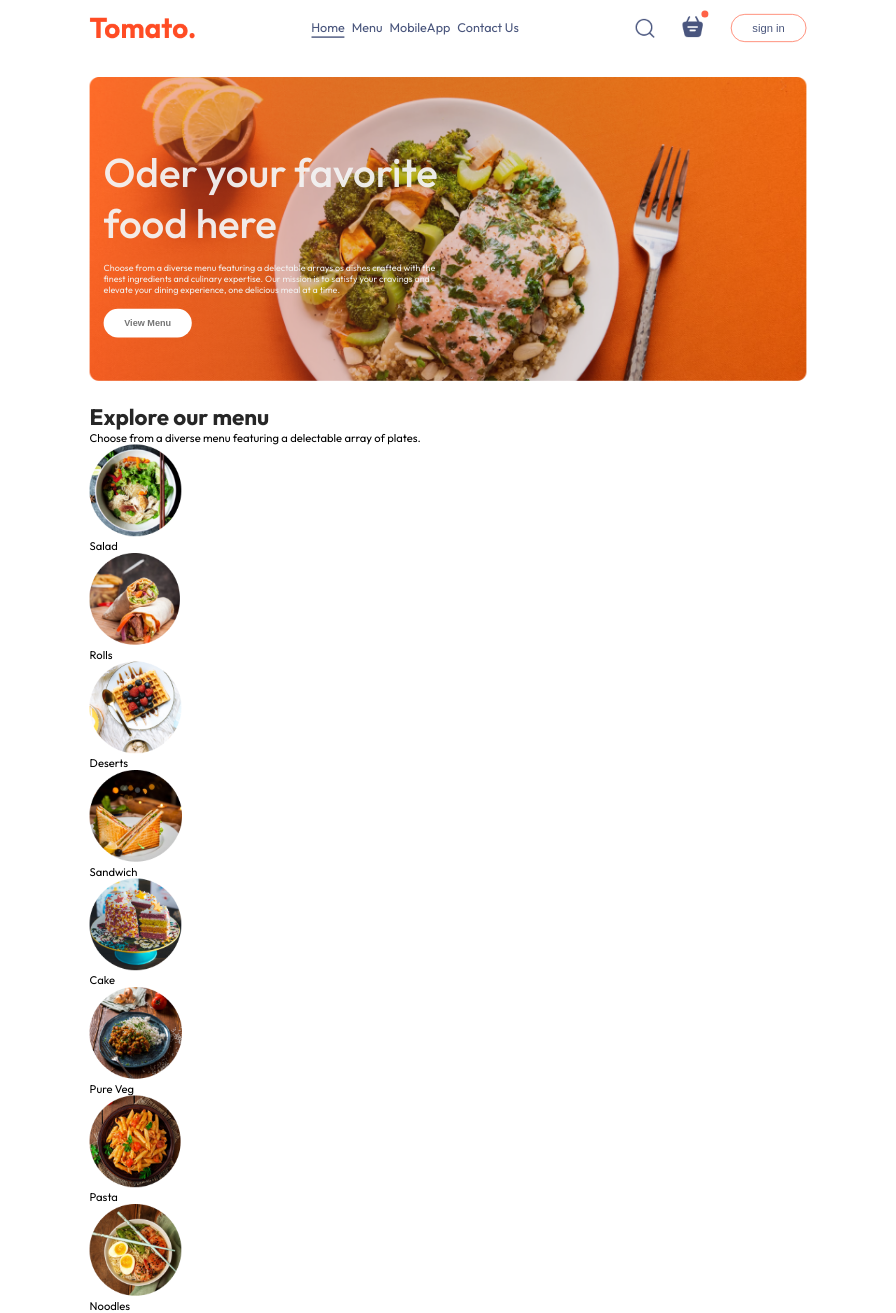
Repository: guilhermecardoso93/tomato-front-end
Page: /, after clicking the first element matching `button`
These files come from the project's save history. The page is drawn as it stood at one moment and after the next save; the edit follows.
The browser window is 1280 px wide. The pictures show the whole page, at 70% of full size.
The project was rebuilt for these pictures with package versions that can differ from the ones it lists, and the page was loaded fresh each time. Also part of the build but not shown: vite.config.js, src/pages/Cart/styles.css, src/pages/Cart/index.jsx, src/pages/PlaceOrder/styles.css, src/pages/PlaceOrder/index.jsx.

Above is the page before, as saved 2024-10-29 20:51:21.

### index.html
<!doctype html>
<html lang="en">

<head>
    <meta charset="UTF-8" />
    <link rel="icon" type="image/svg+xml" href="" />
    <link rel="preconnect" href="https://fonts.googleapis.com">
    <link rel="preconnect" href="https://fonts.gstatic.com" crossorigin>
    <link href="https://fonts.googleapis.com/css2?family=Inter:ital,opsz,wght@0,14..32,100..900;1,14..32,100..900&family=Outfit:wght@100..900&display=swap" rel="stylesheet">
    <meta name="viewport" content="width=device-width, initial-scale=1.0" />
    <title>Tomato</title>
</head>

<body>
    <div id="root"></div>
    <script type="module" src="/src/main.jsx"></script>
</body>

</html>

### src/main.jsx
import { StrictMode } from "react";
import { createRoot } from "react-dom/client";
import "./index.css";
import { App } from "./App.jsx";
import { BrowserRouter } from "react-router-dom";

createRoot(document.getElementById("root")).render(
  <BrowserRouter>
    <App />
  </BrowserRouter>
);

### src/index.css
* {
  padding: 0;
  margin: 0;
  box-sizing: border-box;
}

body {
  min-height: 100vh;
  font-family: "Outfit", sans-serif;
}

a {
  text-decoration: none;
  color: inherit;
}

.app {
  width: 80%;
  margin: auto;
}

@keyframes fadeIn {
  0% {
    opacity: 0;
  }

  100% {
    opacity: 1;
  }
}

### src/App.jsx
import { Routes, Route } from "react-router-dom";
import { Navbar } from "./components/Navbar";

import { Home } from "./pages/Home";
import { Cart } from "./pages/Cart";
import { PlaceOrder } from "./pages/PlaceOrder";

export function App() {
  return (
    <div className="app">
      <Navbar />
      <Routes>
        <Route path="/" element={<Home />} />
        <Route path="/cart" element={<Cart />} />
        <Route path="/order" element={<PlaceOrder />} />
      </Routes>
    </div>
  );
}

### src/components/Navbar/index.jsx
import { useState } from "react";
import { assets } from "../../assets/assets";
import "./styles.css";

export const Navbar = () => {
  const [menu, setMenu] = useState("Home");

  return (
    <div className="navbar">
      <img src={assets.logo} alt="Logo" className="logo" />
      <ul className="navbar-menu">
        <li
          onClick={() => setMenu("Home")}
          className={menu === "Home" ? "active" : ""}
        >
          Home
        </li>
        <li
          onClick={() => setMenu("Menu")}
          className={menu === "Menu" ? "active" : ""}
        >
          Menu
        </li>
        <li
          onClick={() => setMenu("MobileApp")}
          className={menu === "MobileApp" ? "active" : ""}
        >
          MobileApp
        </li>
        <li
          onClick={() => setMenu("Contact Us")}
          className={menu === "Contact Us" ? "active" : ""}
        >
          Contact Us
        </li>
      </ul>
      <div className="navbar-right">
        <img src={assets.search_icon} alt="" />
        <div className="navbar-search-icon">
          <img src={assets.basket_icon} alt="" />
          <div className="dot"></div>
        </div>
        <button>sign in</button>
      </div>
    </div>
  );
};

### src/pages/Home/index.jsx
import { ExplorerMenu } from "../../components/ExplorerMenu";
import { Header } from "../../components/Header";
import "./styles.css";

export const Home = () => {
  return (
    <div>
      <Header />
      <ExplorerMenu />
    </div>
  );
};

### src/assets/assets.js
import basket_icon from './icons/basket_icon.png'
import logo from './logo.png'
import header_img from './header_img.png'
import search_icon from './icons/search_icon.png'
import menu_1 from './menu/menu_1.png'
import menu_2 from './menu/menu_2.png'
import menu_3 from './menu/menu_3.png'
import menu_4 from './menu/menu_4.png'
import menu_5 from './menu/menu_5.png'
import menu_6 from './menu/menu_6.png'
import menu_7 from './menu/menu_7.png'
import menu_8 from './menu/menu_8.png'

import food_1 from './food/food_1.png'
import food_2 from './food/food_2.png'
import food_3 from './food/food_3.png'
import food_4 from './food/food_4.png'
import food_5 from './food/food_5.png'
import food_6 from './food/food_6.png'
import food_7 from './food/food_7.png'
import food_8 from './food/food_8.png'
import food_9 from './food/food_9.png'
import food_10 from './food/food_10.png'
import food_11 from './food/food_11.png'
import food_12 from './food/food_12.png'
import food_13 from './food/food_13.png'
import food_14 from './food/food_14.png'
import food_15 from './food/food_15.png'
import food_16 from './food/food_16.png'
import food_17 from './food/food_17.png'
import food_18 from './food/food_18.png'
import food_19 from './food/food_19.png'
import food_20 from './food/food_20.png'
import food_21 from './food/food_21.png'
import food_22 from './food/food_22.png'
import food_23 from './food/food_23.png'
import food_24 from './food/food_24.png'
import food_25 from './food/food_25.png'
import food_26 from './food/food_26.png'
import food_27 from './food/food_27.png'
import food_28 from './food/food_28.png'
import food_29 from './food/food_29.png'
import food_30 from './food/food_30.png'
import food_31 from './food/food_31.png'
import food_32 from './food/food_32.png'

import add_icon_white from './icons/add_icon_white.png'
import add_icon_green from './icons/add_icon_green.png'
import remove_icon_red from './icons/remove_icon_red.png'
import app_store from './icons/app_store.png'
import play_store from './icons/play_store.png'
import linkedin_icon from './icons/linkedin_icon.png'
import facebook_icon from './icons/facebook_icon.png'
import twitter_icon from './icons/twitter_icon.png'
import cross_icon from './icons/cross_icon.png'
import selector_icon from './icons/selector_icon.png'
import rating_starts from './icons/rating_starts.png'
import profile_icon from './icons/profile_icon.png'
import bag_icon from './icons/bag_icon.png'
import logout_icon from './icons/logout_icon.png'
import parcel_icon from './icons/parcel_icon.png'

export const assets = {
    logo,
    basket_icon,
    header_img,
    search_icon,
    rating_starts,
    add_icon_green,
    add_icon_white,
    remove_icon_red,
    app_store,
    play_store,
    linkedin_icon,
    facebook_icon,
    twitter_icon,
    cross_icon,
    selector_icon,
    profile_icon,
    logout_icon,
    bag_icon,
    parcel_icon
}

export const menu_list = [
    {
        menu_name: "Salad",
        menu_image: menu_1
    },
    {
        menu_name: "Rolls",
        menu_image: menu_2
    },
    {
        menu_name: "Deserts",
        menu_image: menu_3
    },
    {
        menu_name: "Sandwich",
        menu_image: menu_4
    },
    {
        menu_name: "Cake",
        menu_image: menu_5
    },
    {
        menu_name: "Pure Veg",
        menu_image: menu_6
    },
    {
        menu_name: "Pasta",
        menu_image: menu_7
    },
    {
        menu_name: "Noodles",
        menu_image: menu_8
    }]

export const food_list = [
    {
        _id: "1",
        name: "Greek salad",
        image: food_1,
        price: 12,
        description: "Food provides essential nutrients for overall health and well-being",
        category: "Salad"
    },
    {
        _id: "2",
        name: "Veg salad",
        image: food_2,
        price: 18,
        description: "Food provides essential nutrients for overall health and well-being",
        category: "Salad"
    }, {
        _id: "3",
        name: "Clover Salad",
        image: food_3,
        price: 16,
        description: "Food provides essential nutrients for overall health and well-being",
        category: "Salad"
    }, {
        _id: "4",
        name: "Chicken Salad",
        image: food_4,
        price: 24,
        description: "Food provides essential nutrients for overall health and well-being",
        category: "Salad"
    }, {
        _id: "5",
        name: "Lasagna Rolls",
        image: food_5,
        price: 14,
        description: "Food provides essential nutrients for overall health and well-being",
        category: "Rolls"
    }, {
        _id: "6",
        name: "Peri Peri Rolls",
        image: food_6,
        price: 12,
        description: "Food provides essential nutrients for overall health and well-being",
        category: "Rolls"
    }, {
        _id: "7",
        name: "Chicken Rolls",
        image: food_7,
        price: 20,
        description: "Food provides essential nutrients for overall health and well-being",
        category: "Rolls"
    }, {
        _id: "8",
        name: "Veg Rolls",
        image: food_8,
        price: 15,
        description: "Food provides essential nutrients for overall health and well-being",
        category: "Rolls"
    }, {
        _id: "9",
        name: "Ripple Ice Cream",
        image: food_9,
        price: 14,
        description: "Food provides essential nutrients for overall health and well-being",
        category: "Deserts"
    }, {
        _id: "10",
        name: "Fruit Ice Cream",
        image: food_10,
        price: 22,
        description: "Food provides essential nutrients for overall health and well-being",
        category: "Deserts"
    }, {
        _id: "11",
        name: "Jar Ice Cream",
        image: food_11,
        price: 10,
        description: "Food provides essential nutrients for overall health and well-being",
        category: "Deserts"
    }, {
        _id: "12",
        name: "Vanilla Ice Cream",
        image: food_12,
        price: 12,
        description: "Food provides essential nutrients for overall health and well-being",
        category: "Deserts"
    },
    {
        _id: "13",
        name: "Chicken Sandwich",
        image: food_13,
        price: 12,
        description: "Food provides essential nutrients for overall health and well-being",
        category: "Sandwich"
    },
    {
        _id: "14",
        name: "Vegan Sandwich",
        image: food_14,
        price: 18,
        description: "Food provides essential nutrients for overall health and well-being",
        category: "Sandwich"
    }, {
        _id: "15",
        name: "Grilled Sandwich",
        image: food_15,
        price: 16,
        description: "Food provides essential nutrients for overall health and well-being",
        category: "Sandwich"
    }, {
        _id: "16",
        name: "Bread Sandwich",
        image: food_16,
        price: 24,
        description: "Food provides essential nutrients for overall health and well-being",
        category: "Sandwich"
    }, {
        _id: "17",
        name: "Cup Cake",
        image: food_17,
        price: 14,
        description: "Food provides essential nutrients for overall health and well-being",
        category: "Cake"
    }, {
        _id: "18",
        name: "Vegan Cake",
        image: food_18,
        price: 12,
        description: "Food provides essential nutrients for overall health and well-being",
        category: "Cake"
    }, {
        _id: "19",
        name: "Butterscotch Cake",
        image: food_19,
        price: 20,
        description: "Food provides essential nutrients for overall health and well-being",
        category: "Cake"
    }, {
        _id: "20",
        name: "Sliced Cake",
        image: food_20,
        price: 15,
        description: "Food provides essential nutrients for overall health and well-being",
        category: "Cake"
    }, {
        _id: "21",
        name: "Garlic Mushroom ",
        image: food_21,
        price: 14,
        description: "Food provides essential nutrients for overall health and well-being",
        category: "Pure Veg"
    }, {
        _id: "22",
        name: "Fried Cauliflower",
        image: food_22,
        price: 22,
        description: "Food provides essential nutrients for overall health and well-being",
        category: "Pure Veg"
    }, {
        _id: "23",
        name: "Mix Veg Pulao",
        image: food_23,
        price: 10,
        description: "Food provides essential nutrients for overall health and well-being",
        category: "Pure Veg"
    }, {
        _id: "24",
        name: "Rice Zucchini",
        image: food_24,
        price: 12,
        description: "Food provides essential nutrients for overall health and well-being",
        category: "Pure Veg"
    },
    {
        _id: "25",
        name: "Cheese Pasta",
        image: food_25,
        price: 12,
        description: "Food provides essential nutrients for overall health and well-being",
        category: "Pasta"
    },
    {
        _id: "26",
        name: "Tomato Pasta",
        image: food_26,
        price: 18,
        description: "Food provides essential nutrients for overall health and well-being",
        category: "Pasta"
    }, {
        _id: "27",
        name: "Creamy Pasta",
        image: food_27,
        price: 16,
        description: "Food provides essential nutrients for overall health and well-being",
        category: "Pasta"
    }, {
        _id: "28",
        name: "Chicken Pasta",
        image: food_28,
        price: 24,
        description: "Food provides essential nutrients for overall health and well-being",
        category: "Pasta"
    }, {
        _id: "29",
        name: "Buttter Noodles",
        image: food_29,
        price: 14,
        description: "Food provides essential nutrients for overall health and well-being",
        category: "Noodles"
    }, {
        _id: "30",
        name: "Veg Noodles",
        image: food_30,
        price: 12,
        description: "Food provides essential nutrients for overall health and well-being",
        category: "Noodles"
    }, {
        _id: "31",
        name: "Somen Noodles",
        image: food_31,
        price: 20,
        description: "Food provides essential nutrients for overall health and well-being",
        category: "Noodles"
    }, {
        _id: "32",
        name: "Cooked Noodles",
        image: food_32,
        price: 15,
        description: "Food provides essential nutrients for overall health and well-being",
        category: "Noodles"
    }
]

### src/components/Navbar/styles.css
.navbar {
  padding: 20px 0;
  display: flex;
  justify-content: space-between;
  align-items: center;
}

.navbar .logo {
  width: 150px;
}

.navbar-menu {
  display: flex;
  list-style: none;
  gap: 10px;
  color: #49557c;
  font-size: 18px;
}

.navbar li {
  cursor: pointer
}

.navbar-right {
  display: flex;
  align-items: center;
  gap: 40px;
}

.navbar button {
  background: transparent;
  font-size: 16px;
  color: #49557c;
  border: 1px solid tomato;
  padding: 10px 30px;
  border-radius: 50px;
  cursor: pointer;
  transition: 0.3s;
}

.navbar button:hover {
  background: #fff4f2;
}

.navbar .active {
  padding-bottom: 2px;
  border-bottom: 2px solid #49557c;
}

.navbar-search-icon {
  position: relative;
}

.navbar-search-icon .dot {
  position: absolute;
  min-height: 10px;
  min-width: 10px;
  background-color: tomato;
  border-radius:  5px;
  top: -8px;
  right: -8px;
}

### src/components/ExplorerMenu/index.jsx
import { menu_list } from "../../assets/assets";
import "./styles.css";

export const ExplorerMenu = () => {
  return (
    <div className="explorer-menu" id="explore-menu">
      <h1>Explore our menu</h1>
      <p className="explore-menu-text">
        Choose from a diverse menu featuring a delectable array of plates.
      </p>
      <div className="explore-menu-list">
        {menu_list.map((item, index) => {
          return (
            <div className="explore-menu-list-item" key={index}>
              <img src={item.menu_image} alt="" />
              <p>{item.menu_name}</p>
            </div>
          );
        })}
      </div>
    </div>
  );
};

### src/components/Header/index.jsx
import "./styles.css";

export const Header = () => {
  return (
    <div className="header">
      <div className="header-container">
        <h2>Oder your favorite food here</h2>
        <p>
          Choose from a diverse menu featuring a delectable arrays os dishes
          crafted with the finest ingredients and culinary expertise. Our
          mission is to satisfy your cravings and elevate your dining
          experience, one delicious meal at a time.
        </p>
        <button> View Menu</button>
      </div>
    </div>
  );
};

### src/components/ExplorerMenu/styles.css
.explorer-menu {
  display: flex;
  flex-direction: column;
}

.explorer-menu h1 {
  color: #262626;
  font-size: 500;
}

.explore-menu-text {
  max-width: 60%;
}

### src/components/Header/styles.css
.header {
  height: 34vw;
  margin: 30px auto;
  background: url('../../assets/header_img.png') no-repeat;
  background-size: contain;
  position: relative;
}



.header-container {
  position: absolute;
  display: flex;
  flex-direction: column;
  align-items: start;
  padding: 20px;
  gap: 1.5vw;
  max-width: 52%;
  bottom: 10%;
  animation: fadeIn 3s;
}


.header-container h2 {
  font-weight: 500;
  color: #f2f2f2f2;
  font-size: max(4.5vw, 22px);
}


.header-container p {
  color: #f2f2f2f2;
  font-size: 1vw;
}


.header-container button {
  border: none;
  color: #747474;
  font-weight: 700;
  padding: 1vw 2.3vw;
  background: white;
  font-size: max(1vw, 13px);
  border-radius: 50px;
}

Loaded but not shown: src/pages/Home/styles.css (no stored copy; drawn as an empty file)

After the next save:
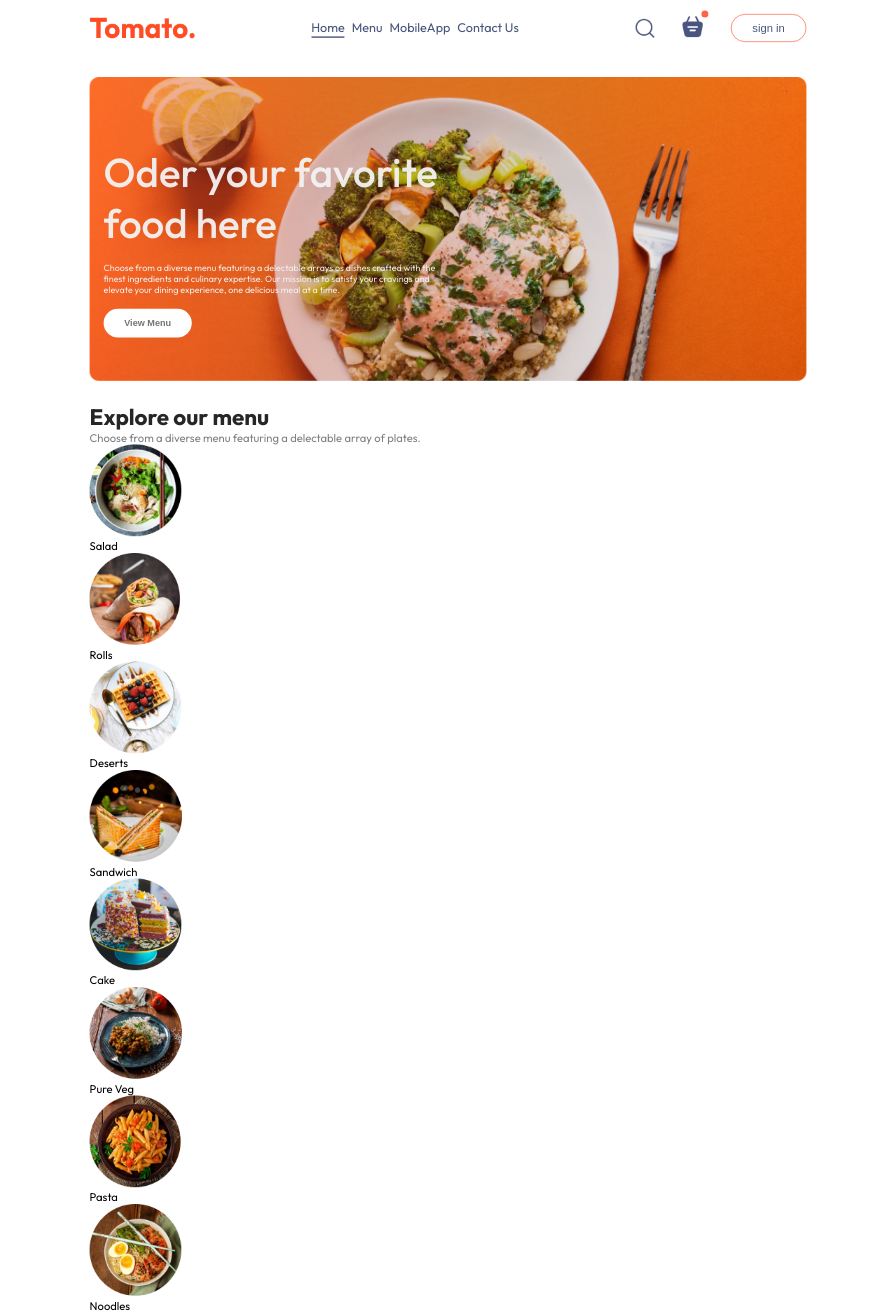
Saved 16 s later.
--- a/src/components/ExplorerMenu/styles.css
+++ b/src/components/ExplorerMenu/styles.css
@@ -10,4 +10,5 @@
 
 .explore-menu-text {
   max-width: 60%;
+  color: #808080;
 }
